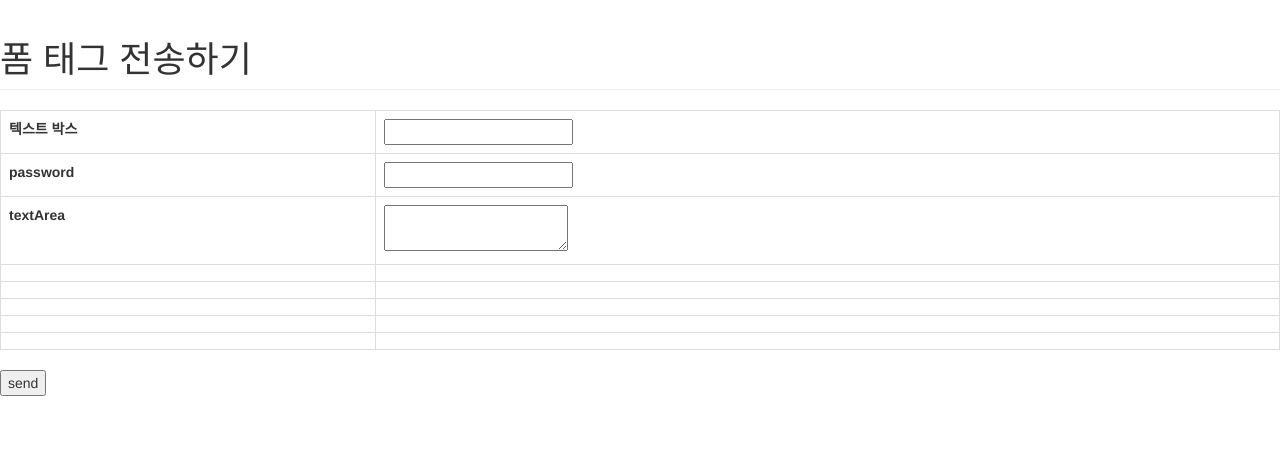
Repository: Hwang-97/HhwDesktop
Page: http://localhost/jspTest/ex04.jsp
The author's editor kept a copy of each file at every save. The page is drawn from the files as they stood at one save, then again after the next save.
The browser window is 1280 px wide. The pictures show the whole page.
The page is served by Tomcat 9.

Above is the page before, as saved 2022-01-06 05:15:40.

### server/jspTest/src/main/webapp/ex04.jsp
<%@ page language="java" contentType="text/html; charset=UTF-8"
    pageEncoding="UTF-8"%>

<!DOCTYPE html>
<html>
<head>
<meta charset="UTF-8">
<title>Insert title here</title>
</head>
<%@include file="/inc/asset.jsp" %>
<style>
</style>
<body>
	<div>

		<h1 class =  "page-header" >폼 태그 전송하기</h1>
		<form action="/jsp/ex04ok.jsp" method="post">
			<table class="table table-bordered">
				<tr>
					<th>텍스트 박스</th>
					<td><input type="text" name="txt1"></td>
				</tr>
				<tr>
					<th>password</th>
					<td><input type="password" name = "pass"></td>
				</tr>
				<tr>
					<th>textArea</th>
					<td><textarea rows="" cols="" name="txtArea"></textarea></td>
				</tr>
				<tr>
					<th></th>
					<td></td>
				</tr>
				<tr>
					<th></th>
					<td></td>
				</tr>
				<tr>
					<th></th>
					<td></td>
				</tr>
				<tr>
					<th></th>
					<td></td>
				</tr>
				<tr>
					<th></th>
					<td></td>
				</tr>
			</table>
			<input type="submit" value="send">
		</form>
	</div>
</body>
</html>

### server/jspTest/src/main/webapp/inc/asset.jsp
<%@ page language="java" contentType="text/html; charset=UTF-8"
    pageEncoding="UTF-8"%>

<link rel="stylesheet" href="/jsp/asset/css/bootstrap.css">

<script src="/jsp/asset/js/jquery-1.12.4.js"></script>
<script src="/jsp/asset/js/bootstrap.js"></script>

Loaded but not shown: server/jspTest/src/main/webapp/asset/css/bootstrap.css (library); server/jspTest/src/main/webapp/asset/js/jquery-1.12.4.js (library); server/jspTest/src/main/webapp/asset/js/bootstrap.js (library)

After the next save:
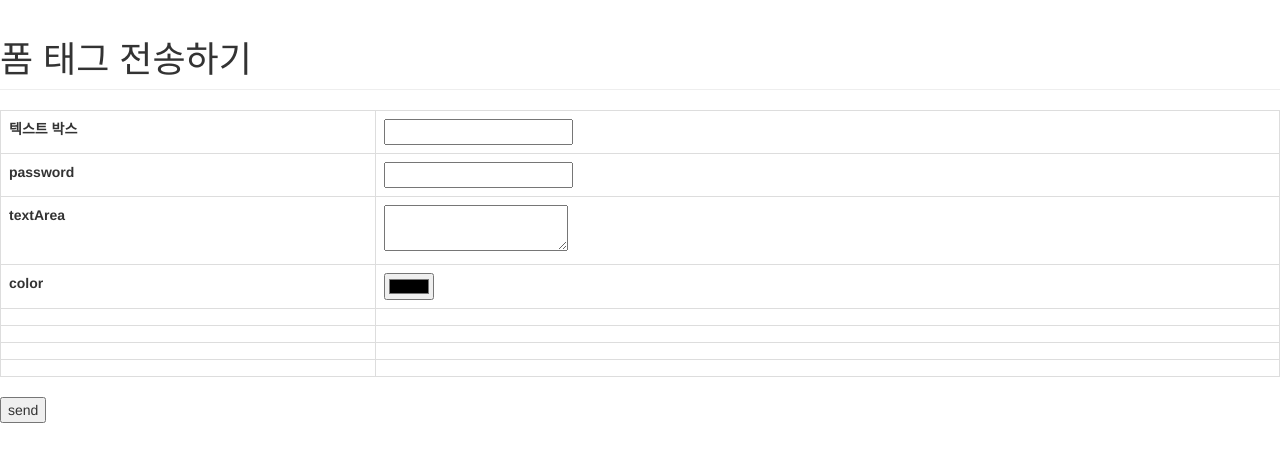
Saved 2 s later.
--- a/server/jspTest/src/main/webapp/ex04.jsp
+++ b/server/jspTest/src/main/webapp/ex04.jsp
@@ -29,8 +29,8 @@
 					<td><textarea rows="" cols="" name="txtArea"></textarea></td>
 				</tr>
 				<tr>
-					<th></th>
-					<td></td>
+					<th>color</th>
+					<td><input type="color" value="black" name="color"></td>
 				</tr>
 				<tr>
 					<th></th>
